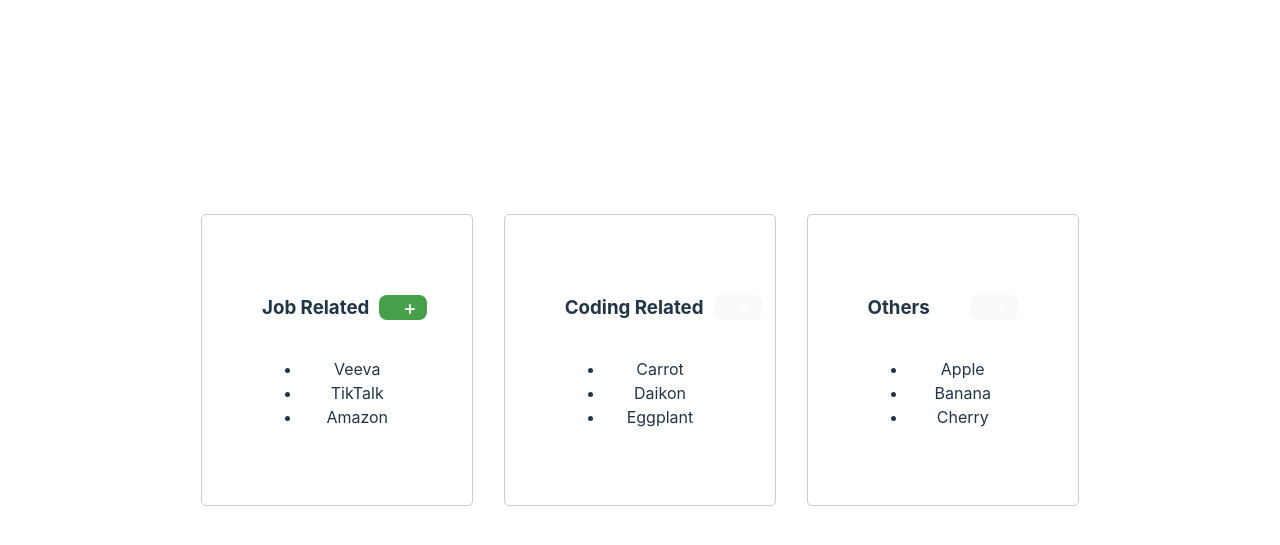
Repository: UofS-Jinhua/MyWebApp
Page: /Coding Related/Carrot
The author's editor kept a copy of each file at every save. The page is drawn from the files as they stood at one save, then again after the next save.
The browser window is 1280 px wide. The pictures show the whole page.
The pointer rests on the first visible `.add-button`.
The project was rebuilt for these pictures with package versions that can differ from the ones it lists, and the page was loaded fresh each time. Also part of the build but not shown: vite.config.js.

Above is the page before, as saved 2024-10-23 13:07:56.

After the next save:
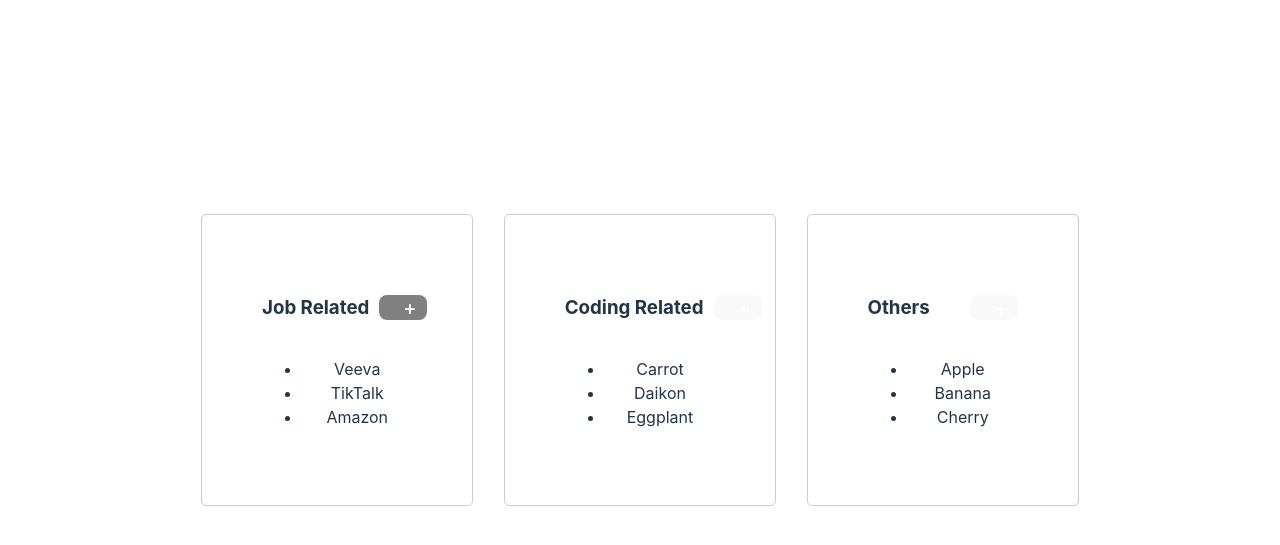
Saved 29 s later.
--- a/src/App.css
+++ b/src/App.css
@@ -41,5 +41,5 @@
 }
 
 .add-button:hover {
-  background-color: #45a049;
+  background-color: gray;
 }
